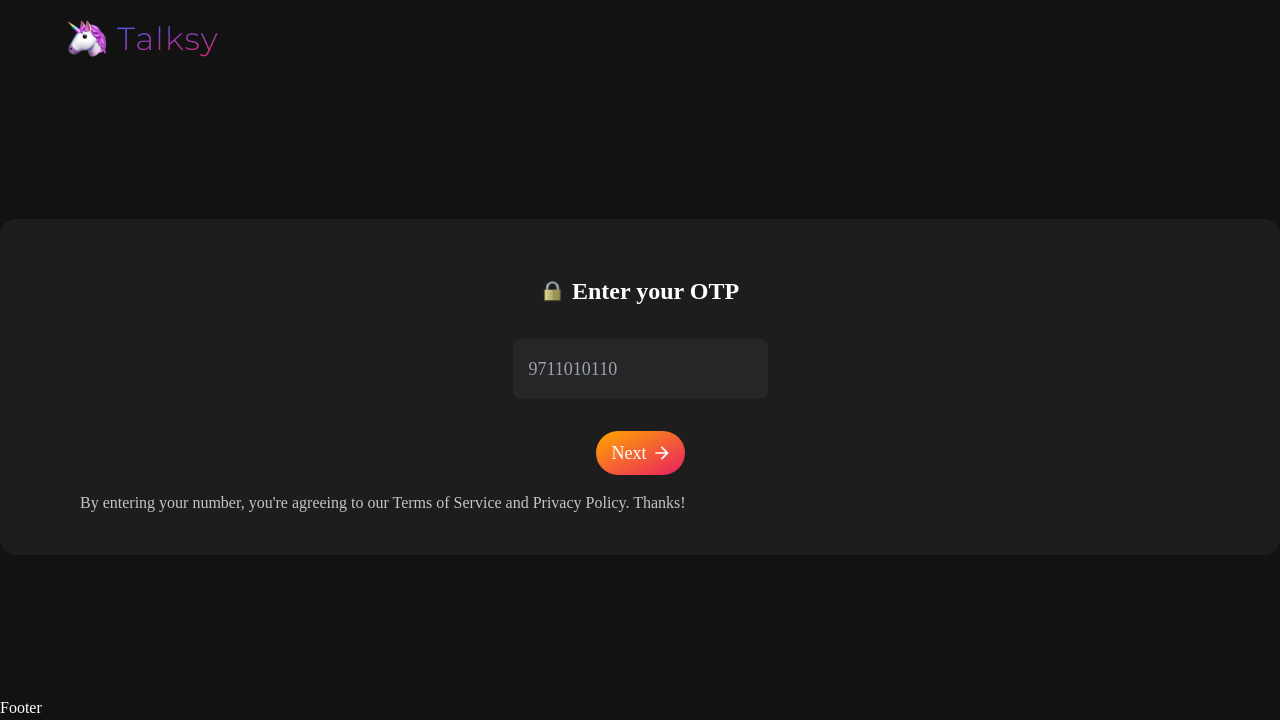
Repository: Krishna-bansall/Talksy
Page: /auth/otp (app in Frontend/)
These files come from the project's save history. The page is drawn as it stood at one moment and after the next save; the edit follows.
The browser window is 1280 px wide. The pictures show the whole page.
The project was rebuilt for these pictures with package versions that can differ from the ones it lists, and the page was loaded fresh each time. The framework's server and built-in components were replaced by stand-ins that run in the browser. Also part of the build but not shown: Frontend/next.config.js.

Above is the page before, as saved 2022-05-20 17:59:50.

### Frontend/pages/_app.tsx
import '../styles/globals.css'
import type { AppProps } from 'next/app'
import Layout from '../components/Layout'
import { store } from '../redux/store'
import { Provider } from 'react-redux'
import { RootState } from '../redux/store'
function MyApp({ Component, pageProps }: AppProps) {
  return (
    <Provider store={store}>
      <Layout>
        <Component {...pageProps} />
      </Layout>
    </Provider>
  )
}

export default MyApp

### Frontend/pages/auth/otp.tsx
import React, { useState } from 'react'
import { Card } from '../../components/CardVariants'
import IconButton from '../../components/IconButton'
import lock from '../../public/Images/emojis/lock.svg'
import arrow from '../../public/Images/emojis/arrow.svg'
import Image from 'next/image'
import Input from '../../components/Input'

const otp = () => {
  const [otp, setOtp] = useState<string>('1234')

  const handleClick = (e: React.MouseEvent<HTMLElement>) => {}

  return (
    // <div className="w-screen md:w-1/2">
    <div className="w-full">
      <Card>
        <div className="my-4 flex justify-center ">
          <Image src={lock} />
          <h1 className="ml-2 text-xl font-semibold md:text-2xl">
            Enter your OTP{' '}
          </h1>
        </div>

        <div className="my-4 flex justify-center ">
          <Input
            type="number"
            onChange={(e) => setOtp(e.target.value)}
            placeholder="9711010110"
          />
        </div>
        <div className="my-4 flex justify-center ">
          <IconButton
            buttonText="Next"
            icon={arrow}
            route="/auth/otp"
            onClick={(e) => handleClick(e)}
          />
        </div>
        <p className="px-20 text-sm text-txtSecondary md:text-base">
          By entering your number, you're agreeing to our Terms of Service and
          Privacy Policy. Thanks!
        </p>
      </Card>
    </div>
  )
}

export default otp

### Frontend/styles/globals.css
@tailwind base;
@tailwind components;
@tailwind utilities;

@import url('https://fonts.googleapis.com/css2?family=Poppins:wght@100;200;300;400;500;600;800;900&display=swap');
@import url('https://fonts.googleapis.com/css2?family=Montserrat:wght@100;200;300;400;500;600;700;900&display=swap');

### Frontend/components/Layout.tsx
import React, { FC, ReactNode } from 'react'
import { Navbar } from './Navbar'

const Layout: FC<ReactNode> = ({ children }) => {
  return (
    <div className="flex  min-h-screen flex-col justify-between bg-bgPrimary text-txtPrimary">
      <Navbar />
      <main className="flex min-h-[80vh] flex-col items-center justify-center ">
        {children}
      </main>
      <footer>Footer</footer>
    </div>
  )
}

export default Layout

### Frontend/redux/store.tsx
import { configureStore } from '@reduxjs/toolkit'
import { typeSlice } from './Auth/typeSlice'

export const store = configureStore({
  reducer: {
    type: typeSlice.reducer,
  },
})

// Infer the `RootState` and `AppDispatch` types from the store itself
export type RootState = ReturnType<typeof store.getState>
// Inferred type: {posts: PostsState, comments: CommentsState, users: UsersState}
export type AppDispatch = typeof store.dispatch

### Frontend/components/CardVariants.tsx
import React from 'react'
import Image from 'next/image'
import { ReactNode } from 'react'

// interface IProps {
//   heading: string
//   emoji: HTMLImageElement
//   middleElement?: JSX.Element
//   buttonText?: string
// }

export const Card: React.FC<ReactNode> = ({ children }) => {
  return (
    <div className="fontFamily-primary flex w-full flex-col justify-between rounded-2xl bg-bgSecondary py-10">
      {children}
    </div>
  )
}

### Frontend/components/IconButton.tsx
import React from 'react'

import Link from 'next/link'
import Image from 'next/image'

interface IBtnProps {
  buttonText: string
  icon?: any
  route?: string
  disabled?: boolean
  onClick?: (e: React.MouseEvent<HTMLElement>) => void
}
interface IVariantBtnProps {
  icon: any
  isSelected: string
  type: string
  setState: React.Dispatch<React.SetStateAction<string>>
}

const IconButton: React.FC<IBtnProps> = ({
  buttonText,
  icon,
  route,
  disabled,
  onClick,
}) => {
  return (
    <button
      disabled={disabled}
      onClick={(e: React.MouseEvent<HTMLElement>) =>
        onClick ? onClick(e) : undefined
      }
    >
      <Link href={`${route ? route : window.location.href}`}>
        <div
          className={`flex cursor-pointer rounded-3xl bg-gradient-to-br from-yellowCustom
        to-pinkCustom py-2 px-4 ${
          disabled ? 'cursor-not-allowed opacity-40' : null
        }`}
        >
          <h2 className="mr-2 text-lg">{buttonText}</h2>
          {icon ? <Image src={icon} /> : null}
        </div>
      </Link>
    </button>
  )
}

export const IconButtonVariant: React.FC<IVariantBtnProps> = ({
  icon,
  isSelected,
  type,
  setState,
}) => {
  const handleClick = (): void => {
    setState(type)
  }

  return (
    <button onClick={handleClick}>
      <div
        className={`flex h-16 w-16 cursor-pointer items-center justify-center rounded-xl ${
          isSelected === type
            ? 'bg-gradient-to-br from-yellowCustom to-pinkCustom  '
            : 'bg-inputBackground hover:bg-bgSecondary'
        } p-2`}
      >
        <Image src={icon} />
      </div>
    </button>
  )
}

export default IconButton

### Frontend/components/Input.tsx
import React from 'react'

const Input = (props: React.InputHTMLAttributes<HTMLInputElement>) => {
  return (
    <div>
      <input
        type="text"
        className="rounded-lg bg-inputBackground p-4 font-secondarySans text-lg font-thin focus:outline-none "
        {...props}
      />
    </div>
  )
}

export default Input

### Frontend/components/Navbar.tsx
import React from 'react'
import Image from 'next/image'
import Link from 'next/link'

import logo from '../public/Images/logo.png'

export const Navbar = () => {
  return (
    <div className="px-16 py-4">
      <Link href="/">
        <Image className="cursor-pointer" src={logo} />
      </Link>
    </div>
  )
}

### Frontend/redux/Auth/typeSlice.tsx
import { createSlice, PayloadAction } from '@reduxjs/toolkit'

export interface ITypeState {
  value: string
}

const initialState: ITypeState = {
  value: 'phone',
}

export const typeSlice = createSlice({
  name: 'type',
  initialState,
  reducers: {
    mailDo: (state: ITypeState) => {
      state.value = 'mail'
    },
    phone: (state: ITypeState) => {
      state.value = 'phone'
    },
    otp: (state: ITypeState) => {
      state.value = 'otp'
    },
  },
})

// Action creators are generated for each case reducer function
export const { mailDo, phone, otp } = typeSlice.actions

export default typeSlice.reducer

### Frontend/tailwind.config.js
module.exports = {
  content: [
    './pages/**/*.{js,ts,jsx,tsx}',
    './components/**/*.{js,ts,jsx,tsx}',
  ],
  theme: {
    colors: {
      bgPrimary: '#121212',
      bgSecondary: '#1D1D1D',
      txtPrimary: '#fff',
      txtSecondary: '#C4C5C5',
      blueCustom: '#0077FF',
      purpleCustom: '#5453E0',
      greenCustom: '#20BD5F',
      yellowCustom: '#FFA800',
      redCustom: '#F44336',
      pinkCustom: '#E91E63',
      borderLines: '#323232',
      inputBackground: '#262626',
    },
    fontFamily: {
      sans: ['Poppins'],
      secondarySans: ['Montserrat'],
    },
    extend: {},
  },
  plugins: [],
}

After the next save:
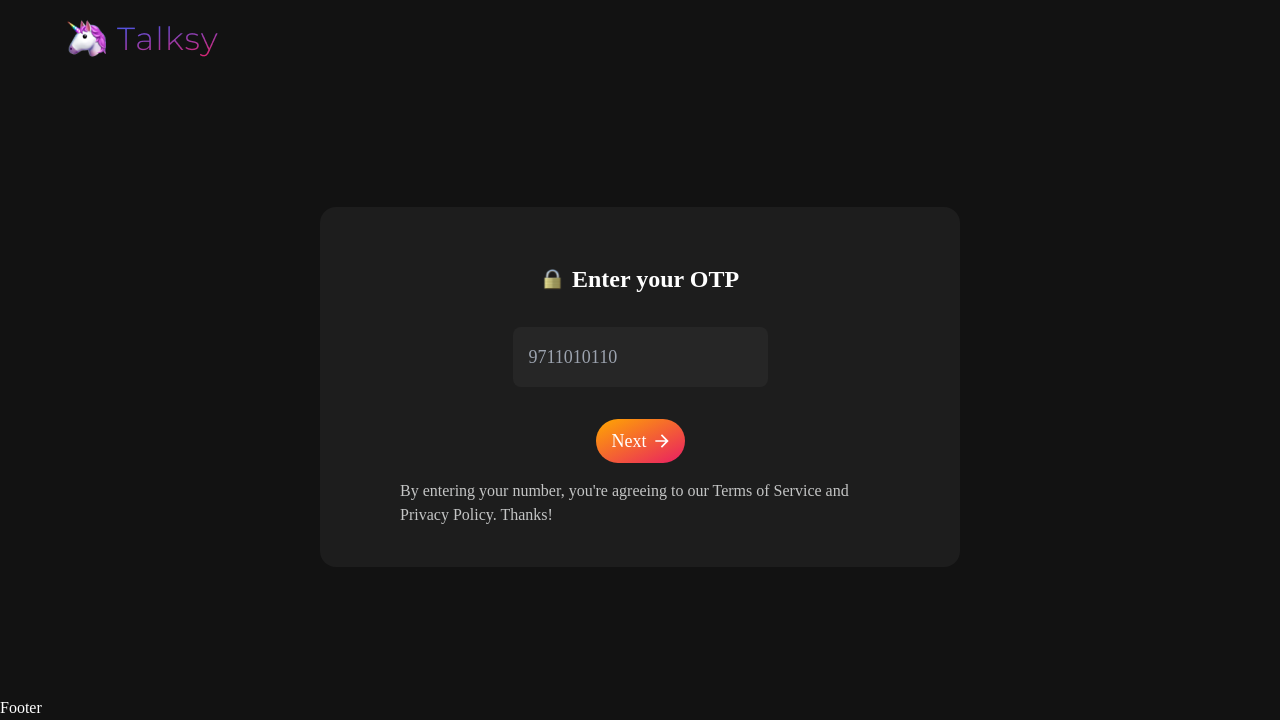
Saved 22 s later.
--- a/Frontend/pages/auth/otp.tsx
+++ b/Frontend/pages/auth/otp.tsx
@@ -12,36 +12,37 @@
   const handleClick = (e: React.MouseEvent<HTMLElement>) => {}
 
   return (
-    // <div className="w-screen md:w-1/2">
-    <div className="w-full">
-      <Card>
-        <div className="my-4 flex justify-center ">
-          <Image src={lock} />
-          <h1 className="ml-2 text-xl font-semibold md:text-2xl">
-            Enter your OTP{' '}
-          </h1>
-        </div>
+    <div className="w-screen md:w-1/2">
+      <div className="w-full">
+        <Card>
+          <div className="my-4 flex justify-center ">
+            <Image src={lock} />
+            <h1 className="ml-2 text-xl font-semibold md:text-2xl">
+              Enter your OTP{' '}
+            </h1>
+          </div>
 
-        <div className="my-4 flex justify-center ">
-          <Input
-            type="number"
-            onChange={(e) => setOtp(e.target.value)}
-            placeholder="9711010110"
-          />
-        </div>
-        <div className="my-4 flex justify-center ">
-          <IconButton
-            buttonText="Next"
-            icon={arrow}
-            route="/auth/otp"
-            onClick={(e) => handleClick(e)}
-          />
-        </div>
-        <p className="px-20 text-sm text-txtSecondary md:text-base">
-          By entering your number, you're agreeing to our Terms of Service and
-          Privacy Policy. Thanks!
-        </p>
-      </Card>
+          <div className="my-4 flex justify-center ">
+            <Input
+              type="number"
+              onChange={(e) => setOtp(e.target.value)}
+              placeholder="9711010110"
+            />
+          </div>
+          <div className="my-4 flex justify-center ">
+            <IconButton
+              buttonText="Next"
+              icon={arrow}
+              route="/auth/otp"
+              onClick={(e) => handleClick(e)}
+            />
+          </div>
+          <p className="px-20 text-sm text-txtSecondary md:text-base">
+            By entering your number, you're agreeing to our Terms of Service and
+            Privacy Policy. Thanks!
+          </p>
+        </Card>
+      </div>
     </div>
   )
 }
